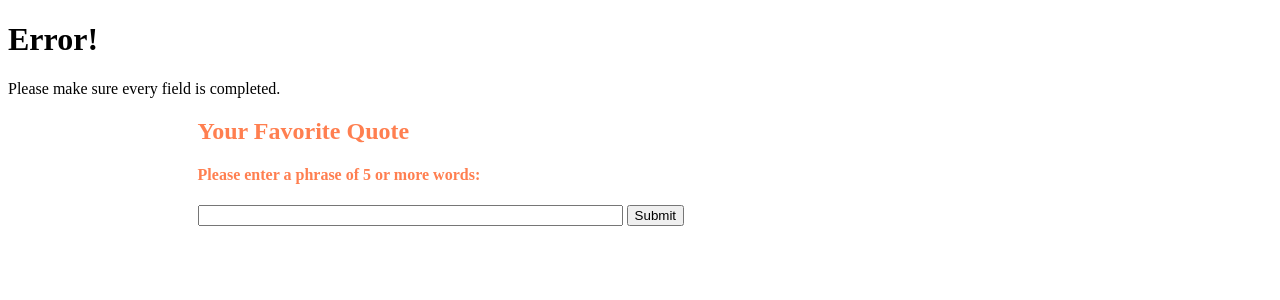
Repository: oduong1/COSW30
Page: http://localhost/homework/hw4/quote_process.php
The author's editor kept a record of every edit. The page is drawn from the files as they stood at one moment, then again after the next edit.
The browser window is 1280 px wide. The pictures show the whole page.
The page is run by PHP 8.4 with error messages shown; the project is at /var/www/html/.

Above is the page before.

### homework/hw4/quote_process.php
<!DOCTYPE html>
<html>
    <head>
        <meta charset="utf-8">
        <title>Favorite Quote</title>
            <style>
            #center {
            color: coral;
            font-family: fantasy;
            display: block;
            width: 70%;
            margin: auto;
        }
    </style>

    </head>
    <body>

<?php
    // look at chapter 2 for arrays
if ($_SERVER['REQUEST_METHOD'] == 'POST') {
    $phrase = $_POST['phrase'];

    $words_array = explode(' ', $phrase); // converts string to array

    $word_count = count($words_array);

    echo "<p>These are the $word_count words you entered:</p>";
      echo "<ul>";
    foreach($words_array as $key => $value){
        echo"<li>$value</li>";
     }
        echo "</ul>";

    asort($words_array); // sort alphabetically

    echo '<p>Here are your words in alphabetical order:</p>';
    echo "<ul>";
    foreach($words_array as $key => $value){
        echo "<li>$value</li>";
    }
        echo "</ul>";


    rsort($words_array);
    echo '<p>Here are your words in reverse alphabetical order:</p>';
     echo "<ul>";
    foreach($words_array as $key => $value){
        echo "<li>$value</li>";
    }
       echo "</ul>";

    array_push($words_array, "Life", "is", "beautiful!");

    $word_count = count($words_array);
        echo "<p>I added a few words. Here are the $word_count words:</p>";
     echo "<ul>";
    foreach($words_array as $key => $value){
        echo "<li>$value</li>";
    }
       echo "</ul>";

    // for ($i = 0; $i <3; $i++) {
    //   array_shift($words_array[$i]);
    // }
    array_shift($words_array);
    array_shift($words_array);
    array_shift($words_array);

    $word_count = count($words_array);
        echo "<p>First three words are removed. Here are the $word_count words:</p>";
     echo "<ul>";
    foreach($words_array as $key => $value){
        echo "<li>$value</li>";
    }
       echo "</ul>";
}
else {
    	echo '<div><h1>Error!</h1></div>
		<p class="text-danger">Please make sure every field is completed.</p>';
	}

    ?>

    <container id="center">
    <h2>Your Favorite Quote</h2>
        <form action="quote_process.php" method="POST">

            <h4>Please enter a phrase of 5 or more words:</h4>
            <p>
                <input type="text" name="phrase" size="50" maxlength="150" required>
                <input type="submit" name="submit" value="Submit">
            </p>

        </form>
    </container>
 </body>
</html>

After the next edit:
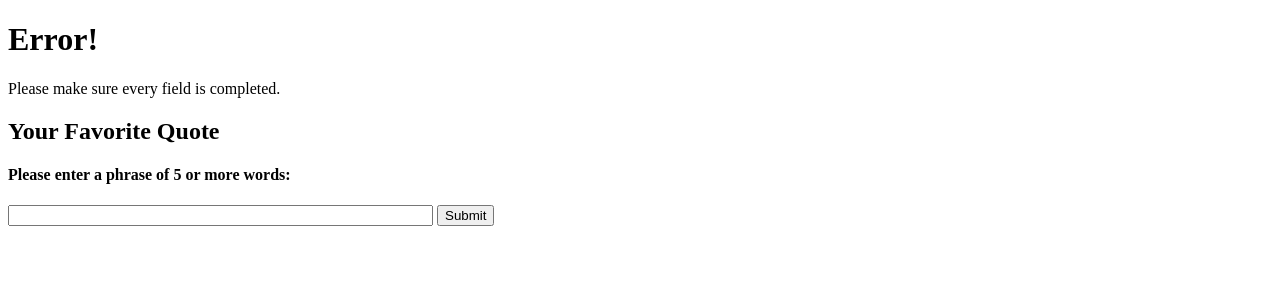
The edit:
--- a/homework/hw4/quote_process.php
+++ b/homework/hw4/quote_process.php
@@ -82,7 +82,7 @@
 
     ?>
 
-    <container id="center">
+
     <h2>Your Favorite Quote</h2>
         <form action="quote_process.php" method="POST">
 
